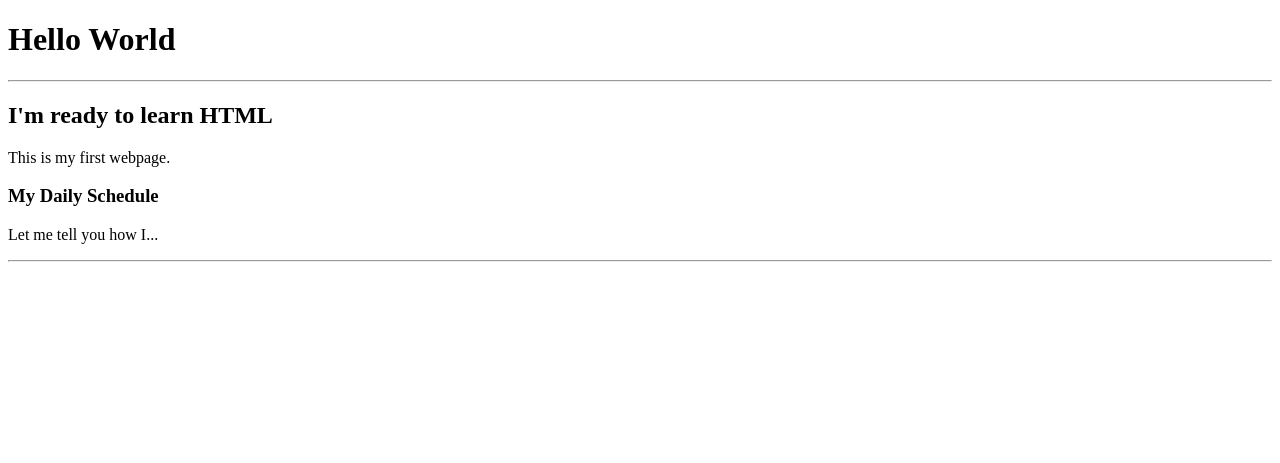
Repository: AmiaFischer/Boba
Page: index.html
These files come from the project's save history. The page is drawn as it stood at one moment and after the next save; the edit follows.
The browser window is 1280 px wide. The pictures show the whole page.

Above is the page before, as saved 2024-10-14 00:40:46.

After the next save:
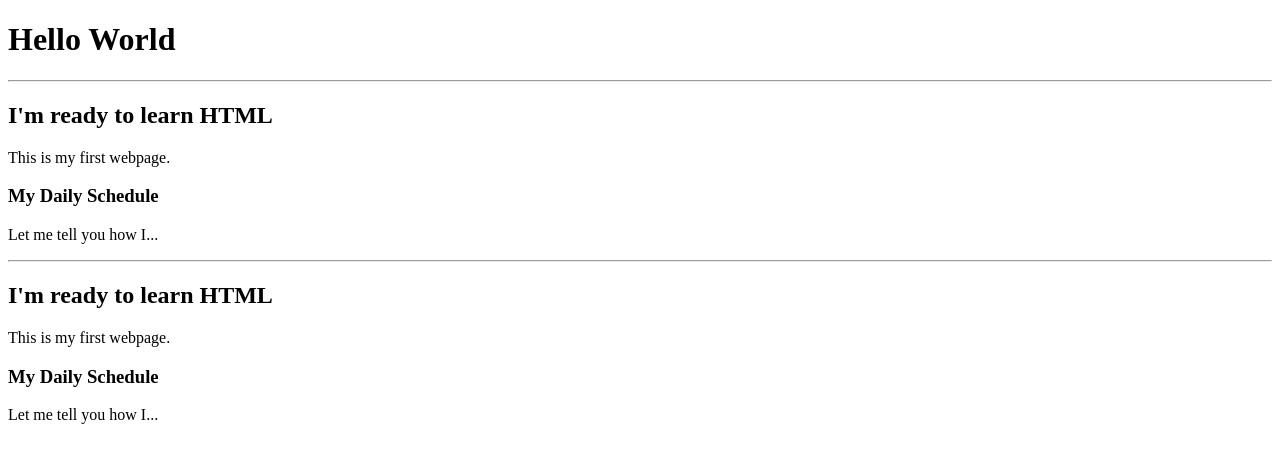
Saved 31 s later.
--- a/index.html
+++ b/index.html
@@ -19,6 +19,12 @@
         <p>Let me tell you how I...</p>
 
         <hr>
+
+        <h2>I'm ready to learn HTML</h2>
+        <p>This is my first webpage.</p>
+
+        <h3>My Daily Schedule</h3>
+        <p>Let me tell you how I...</p>
     </body>
 
 </html>
